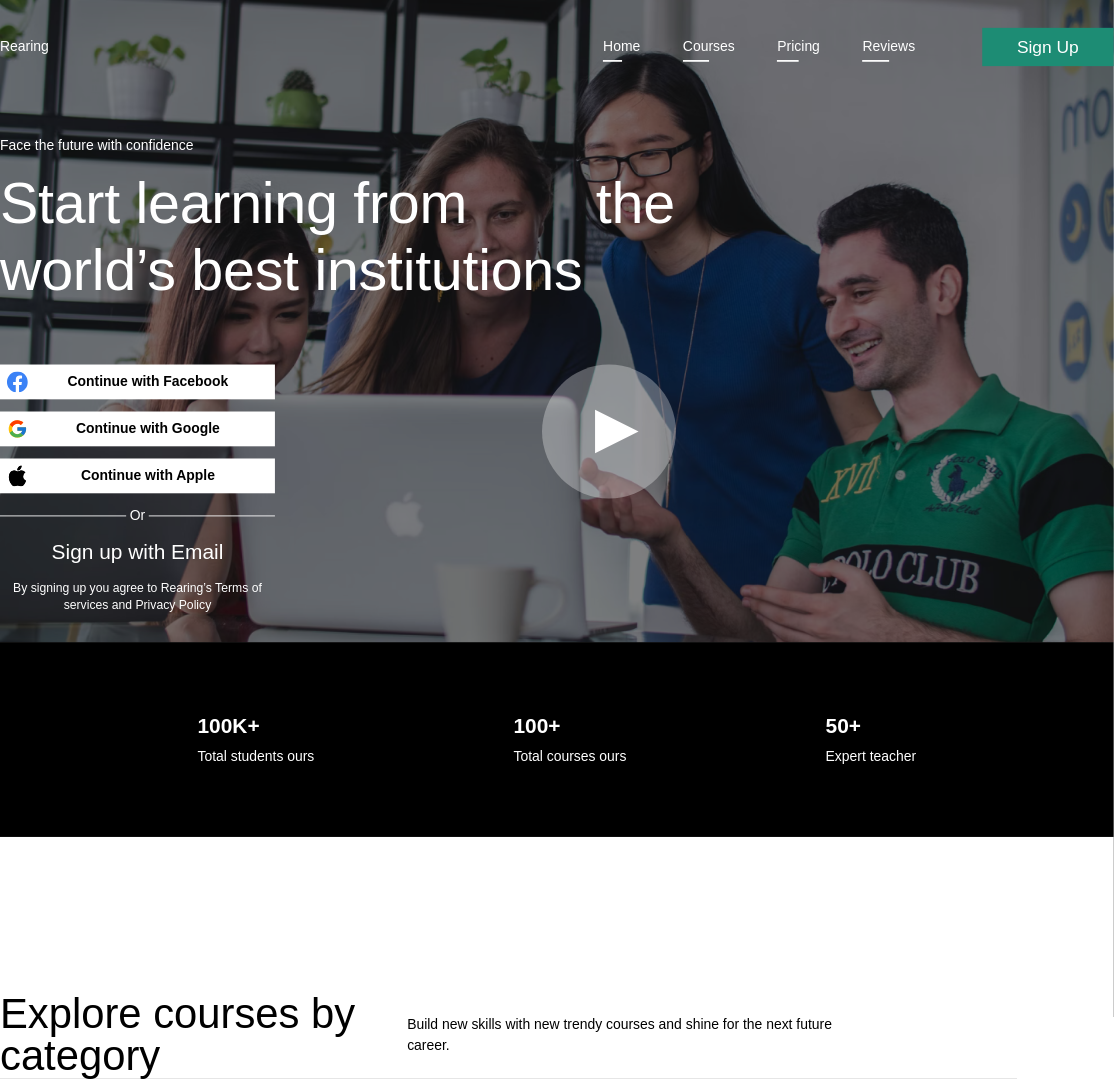
Repository: vandangnhathung/educationplatform
Page: /
These files come from the project's save history. The page is drawn as it stood at one moment and after the next save; the edit follows.
The browser window is 1280 px wide. The pictures show the whole page, at 87% of full size.
The project was rebuilt for these pictures with package versions that can differ from the ones it lists, and the page was loaded fresh each time.

Above is the page before, as saved 2022-06-21 09:03:39.

### src/index.js
import React from "react";
import ReactDOM from "react-dom/client";
import App from "./App";
import reportWebVitals from "./reportWebVitals";
import "./index.css";
const root = ReactDOM.createRoot(document.getElementById("root"));
root.render(
  <React.StrictMode>
    <App />
  </React.StrictMode>
);

// If you want to start measuring performance in your app, pass a function
// to log results (for example: reportWebVitals(console.log))
// or send to an analytics endpoint. Learn more: https://bit.ly/CRA-vitals
reportWebVitals();

### src/App.js
import Category from "./components/category/Category";
import Content from "./components/content/Content";
import HeaderLayout from "./components/header/HeaderLayout";
function App() {
  return (
    <>
      <HeaderLayout></HeaderLayout>
      <Content></Content>
    </>
  );
}

export default App;

### src/index.css
@tailwind base;
@tailwind components;
@tailwind utilities;
@import url("https://fonts.googleapis.com/css2?family=Urbanist:wght@100;200;300;400;500;600;700;800&display=swap");
*,
*::before,
*::after {
  box-sizing: border-box;
}
* {
  margin: 0;
  padding: 0;
}

html,
body {
  height: 100%;
}
body {
  line-height: 1.5;
  font-family: "Urbanist", sans-serif;
}

img,
picture,
video,
canvas,
svg {
  display: block;
  max-width: 100%;
}
input,
button,
textarea,
select {
  font: inherit;
  outline: none;
}
p,
h1,
h2,
h3,
h4,
h5,
h6 {
  overflow-wrap: break-word;
}

.container {
  max-width: 1280px;
  margin: 0 auto;
  width: 100%;
}

.active {
  position: relative;
}

.active::before {
  content: "";
  display: block;
  position: absolute;
  bottom: -5px;
  width: 50%;
  padding: 1px;
  left: 0;
  background-color: #fff;
}

### src/components/category/Category.js
import React from "react";

const Category = () => {
  return (
    <div className="container pt-[180px]">
      <div className="flex flex-col gap-x-[55px]">
        <div className="flex items-center justify-between max-w-[970px]">
          <h2 className="text-5xl font-medium max-w-[468px]">
            Explore courses by category
          </h2>
          <p className="">
            Build new skills with new trendy courses and shine for the next
            future career.
          </p>
        </div>
      </div>
    </div>
  );
};

export default Category;

### src/components/content/Content.js
import React from "react";
import Category from "../category/Category";

const Content = () => {
  return (
    <div>
      <Category></Category>
    </div>
  );
};

export default Content;

### src/components/header/HeaderLayout.js
import React from "react";
import Header from "./Header";
import HeaderStatistic from "./HeaderStatistic";

const HeaderLayout = () => {
  return (
    <div>
      <Header></Header>
      <HeaderStatistic></HeaderStatistic>
    </div>
  );
};

export default HeaderLayout;

### src/components/header/Header.js
import React, { useEffect } from "react";
import headerImg from "../../images/Images.png";
import SignInSocial from "../button/SignInSocial";
import { FcGoogle } from "react-icons/fc";
import { BsApple } from "react-icons/bs";
import styled from "styled-components";

const HeaderStyles = styled.header`
  .text-or {
    color: white;
    position: relative;
    &:before {
      content: "";
      height: 1px;
      width: calc(50% - 13px);
      background-color: white;
      position: absolute;
      top: 50%;
      transform: translateY(-50%);
      right: 0;
    }
    &:after {
      content: "";
      height: 1px;
      width: calc(50% - 13px);
      background-color: white;
      position: absolute;
      top: 50%;
      transform: translateY(-50%);
      left: 0;
    }
  }
`;
const Header = () => {
  const headerNav = [
    {
      id: 1,
      title: "Home",
    },
    {
      id: 2,
      title: "Courses",
    },
    {
      id: 3,
      title: "Pricing",
    },
    {
      id: 4,
      title: "Reviews",
    },
  ];
  return (
    <HeaderStyles>
      <div className="relative">
        <img src={headerImg} alt="header_img" className="w-full" />
        <div className="absolute inset-0 bg-black opacity-50"></div>
        <div class="absolute top-0  left-0 right-0 ">
          <div class="container">
            <div className="pt-8 mb-[79px] header-top text-white flex items-center justify-between">
              <h1 className="">Rearing</h1>
              <div className="flex items-center">
                <nav className="mr-[77px]">
                  <ul className="flex items-center  gap-x-[49px] ">
                    {headerNav.map((item) => (
                      <li className="active cursor-pointer" key={item.id}>
                        {item.title}
                      </li>
                    ))}
                  </ul>
                </nav>
                <button className="py-2 px-10 bg-[#1D8C74] text-white text-xl ">
                  Sign Up
                </button>
              </div>
            </div>

            <div className="slogan text-white mb-[70px]">
              <h3 className="text-base mb-4">
                Face the future with confidence
              </h3>
              <h1 className="desc max-w-[777px] text-[66px] leading-[77px] w-full tracking-[-0.02rem] font-medium">
                Start learning from{" "}
                <span className="inline-block mr-28 "></span>{" "}
                <p className="inline-block">the</p> world’s best institutions
              </h1>
            </div>

            <div class="flex items-start">
              <div className="signup max-w-[316px] text-center mr-[307px]">
                <SignInSocial name="Facebook"></SignInSocial>
                <SignInSocial
                  name="Google"
                  icon={<FcGoogle></FcGoogle>}
                ></SignInSocial>
                <SignInSocial
                  name="Apple"
                  icon={<BsApple style={{ color: "#000" }}></BsApple>}
                ></SignInSocial>
                <p className="text-or mb-[14px] ">Or</p>
                <div class="text-center text-white flex flex-col gap-y-[14px]">
                  <p className="text-2xl">Sign up with Email</p>
                  <p className="text-sm">
                    By signing up you agree to Rearing’s Terms of services and
                    Privacy Policy{" "}
                  </p>
                </div>
              </div>
              <div className="play cursor-pointer">
                <div className="w-[154px] h-[154px] rounded-full bg-[#fff]/[0.3] hover:bg-[#ccc]/[1] transition-all duration-400 ease-linear relative">
                  <div className="play absolute w-[50px] h-[50px] border-[25px] border-x-0 border-transparent border-l-white border-l-[50px] top-1/2 -translate-y-1/2 left-1/2 -translate-x-[32%] hover:rotate-[360deg]  transition-all duration-500"></div>
                </div>
              </div>
            </div>
          </div>
        </div>
      </div>
    </HeaderStyles>
  );
};

export default Header;

### src/components/header/HeaderStatistic.js
import React from "react";

const HeaderStatistic = () => {
  return (
    <div className="header-statistic bg-[#000] p-20">
      <div className="max-w-[826px] mx-auto flex items-center justify-between text-white">
        <div className="header-statistic__info flex flex-col gap-y-2">
          <span className="inline-block text-2xl font-bold">100K+</span>
          <p className="text-base">Total students ours</p>
        </div>
        <div className="header-statistic__info flex flex-col gap-y-2">
          <span className="inline-block text-2xl font-bold">100+</span>
          <p className="text-base">Total courses ours</p>
        </div>
        <div className="header-statistic__info flex flex-col gap-y-2">
          <span className="inline-block text-2xl font-bold">50+</span>
          <p className="text-base">Expert teacher</p>
        </div>
      </div>
    </div>
  );
};

export default HeaderStatistic;

### src/components/button/SignInSocial.js
import React from "react";
import styled from "styled-components";
import { BsFacebook } from "react-icons/bs";

const SignInSocialStyles = styled.div`
  display: flex;
  align-items: center;
  padding: 8px;
  background-color: #fff;
  max-width: 316px;
  width: 100%;
  font-size: 16px;
  font-weight: 600;
  cursor: pointer;
  margin-bottom: 14px;
`;
const SignInSocial = ({ name = "", icon = <BsFacebook></BsFacebook> }) => {
  return (
    <SignInSocialStyles>
      <span className="inline-block text-blue-500 text-2xl">{icon}</span>
      <p className="m-auto">Continue with {name}</p>
    </SignInSocialStyles>
  );
};

export default SignInSocial;

Loaded but not shown: public/index.html (common file); src/reportWebVitals.js (common file); tailwind.config.js (common file)

After the next save:
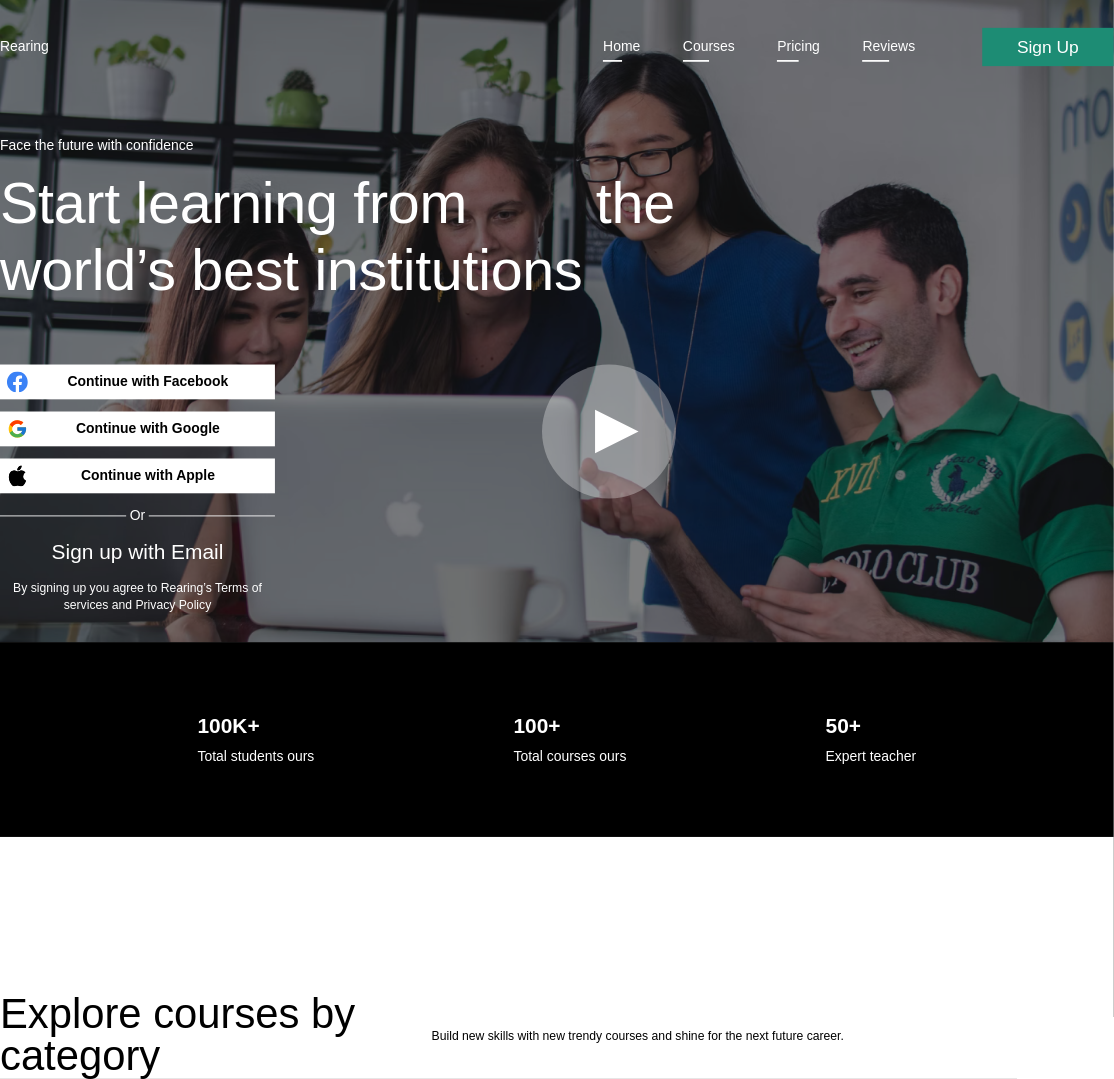
Saved 20 s later.
--- a/src/components/category/Category.js
+++ b/src/components/category/Category.js
@@ -8,7 +8,7 @@ const Category = () => {
           <h2 className="text-5xl font-medium max-w-[468px]">
             Explore courses by category
           </h2>
-          <p className="">
+          <p className="text-sm font-light">
             Build new skills with new trendy courses and shine for the next
             future career.
           </p>
